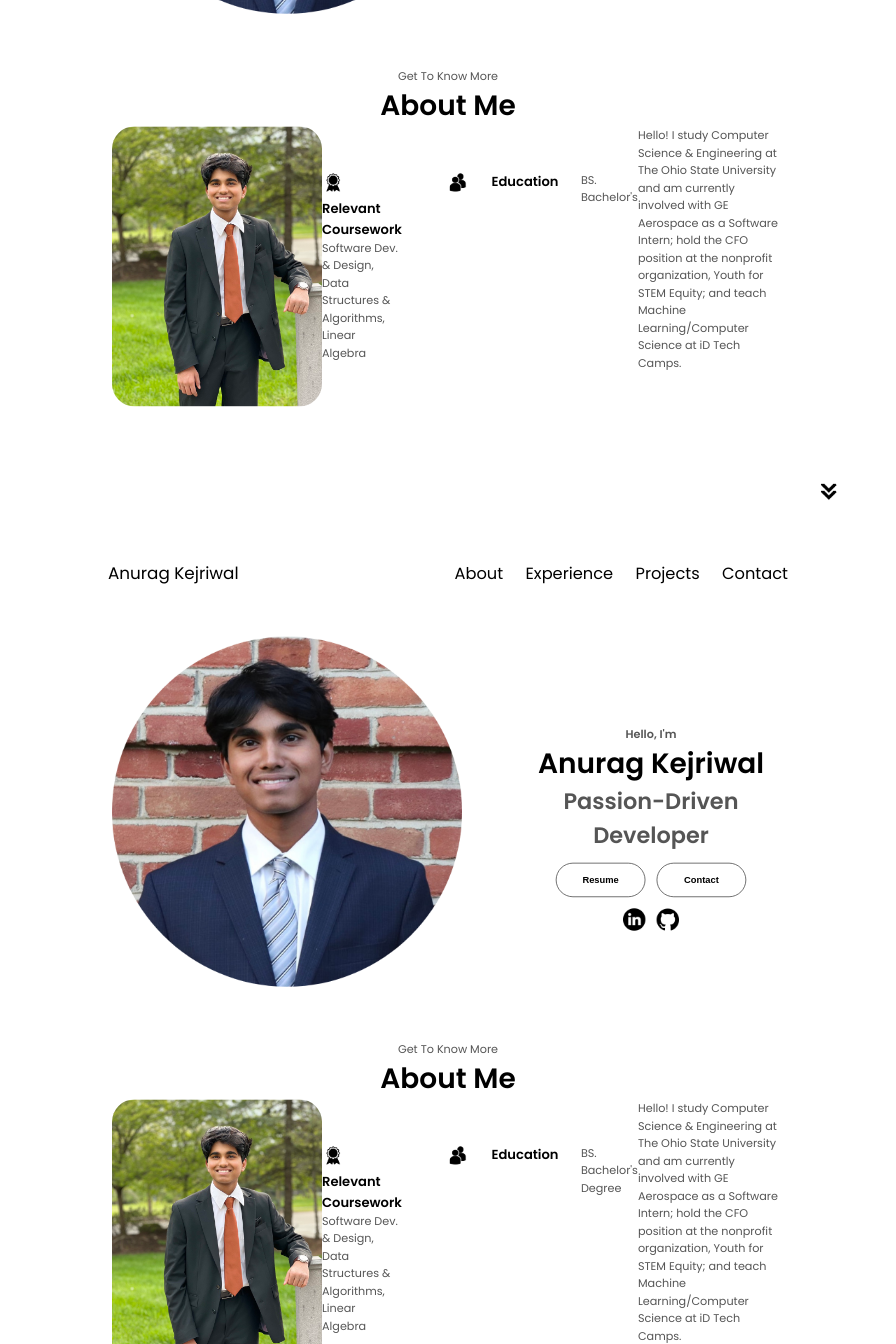
Repository: anuragkej/OldPortfolio
Page: index.html
These files come from the project's save history. The page is drawn as it stood at one moment and after the next save; the edit follows.
The browser window is 1280 px wide. The pictures show the part of the page from y = 632 to 2552 px (the page is 2779 px tall before and 1390 px after), at 70% of full size.

Above is the page before, as saved 2024-05-26 04:57:42.

After the next save:
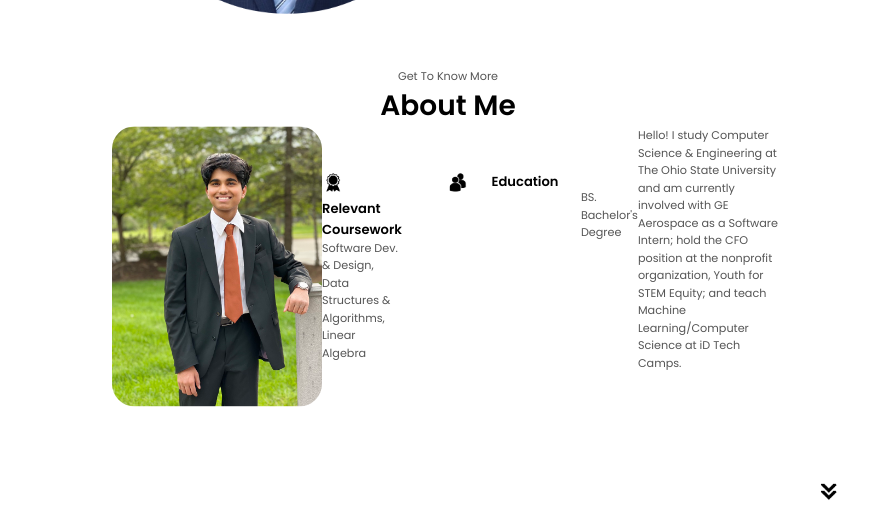
Saved 14 s later.
--- a/index.html
+++ b/index.html
@@ -74,7 +74,7 @@
                 <div class="details-container"></div>
                 <img src="./assets/education.png" alt="Education icon" class="icon"/>
                     <h3>Education</h3>
-                    <p>BS. Bachelor's </p>
+                    <p><br>BS. Bachelor's Degree</p>
             </div>
         </div>
         <div class="text-container">
@@ -91,96 +91,3 @@
 
 </body>
 </html>
-<!DOCTYPE html>
-<html lang="en">
-<head>
-    <meta charset="UTF-8">
-    <meta name="viewport" content="width=device-width, initial-scale=1.0">
-    <title>Personal Portfolio</title>
-    <link rel="stylesheet" href="style.css">
-    <link rel="stylesheet" href="mediaqueries.css">
-</head>
-<body>
-    <nav id="desktop-nav">
-        <div class="logo">Anurag Kejriwal</div>
-        <div>
-            <ul class="nav-links">
-                <li><a href="#about">About</a></li>
-                <li><a href="#experience">Experience</a></li>
-                <li><a href="#projects">Projects</a></li>
-                <li><a href="#contact">Contact</a></li>
-            </ul>
-        </div>
-    </nav>
-    <nav id="hamburger-nav">
-        <div class="logo">Anurag Kejriwal</div>
-        <div class="hamburger-menu">
-            <div class="hamburger-icon" onclick="toggleMenu()">
-                <span></span>
-                <span></span>
-                <span></span>
-            </div>
-            <div class="menu-links">
-                <li><a href="#about" onclick="toggleMenu()" >About</a></li>
-                <li><a href="#experience" onclick="toggleMenu()">Experience</a></li>
-                <li><a href="#projects" onclick="toggleMenu()">Projects</a></li>
-                <li><a href="#contact" onclick="toggleMenu()">Contact</a></li>
-            </div>
-        </div>
-    </nav>
-    <section id="profile">
-        <div class="section_pic-container">
-            <img src="./assets/anuragprofpic.png" alt="Anurag Kejriwal profile picture">
-        </div>
-        <div class="section__text">
-            <p class="section__text__p1">Hello, I'm</p>
-            <h1 class="title">Anurag Kejriwal</h1>
-            <p class="section__text__p2">Passion-Driven Developer</p>
-            <div class="btn-container">
-                <button class="btn btn-color-2"
-                onclick="window.open('./assets/AnuragKejriwalResume_2026.pdf')">Resume</button>
-                <button class="btn btn-color-1"
-                onclick="location.href='./#contact'">Contact</button>
-            </div>
-            <div id="socials-container">
-                <img src="./assets/linkedin.png" alt="My LinkedIn Profile"
-                class ="icon" onclick="location.href='https://linkedin.com/in/anuragkejriwal1/'">
-                <img src="./assets/github.png" alt="My Github Profile"
-                class ="icon" onclick="location.href='https://github.com/anuragkej'">
-            </div>
-        </div>
-    </section>
-    <section id="about">
-        <p class="section__text__p1">Get To Know More</p>
-        <h1 class="title">About Me</h1>
-        <div class="section-container">
-        <div class="section__pic-container">
-            <img src="./assets/E4CC9343-5963-4651-9569-35505B2238C1_1_105_c.jpeg" alt="Profile Picture" class="about-pic"/>
-        </div>
-        <div class="about-details-container">
-            <div class="about-containers">
-                <div class="details-container">
-                    <img src="./assets/experience.png" alt="Experience icon" class="icon"/>
-                    <h3>Relevant Coursework</h3>
-                    <p>Software Dev. & Design, Data Structures & Algorithms, Linear Algebra</p>
-                </div>
-                <div class="details-container"></div>
-                <img src="./assets/education.png" alt="Education icon" class="icon"/>
-                    <h3>Education</h3>
-                    <p>BS. Bachelor's Degree</p>
-            </div>
-        </div>
-        <div class="text-container">
-            <p>Hello! I study Computer Science & Engineering at The Ohio State University and am currently involved with GE Aerospace as a Software Intern; hold the CFO position at the nonprofit organization, Youth for STEM Equity; and teach Machine Learning/Computer Science at iD Tech Camps.</p>
-        </div>
-        </div>
-        <img src="./assets/arrow.png"
-        alt="Arrow Image"
-        class="icon arrow"
-        onclick = "location.href='./#experience'"
-        >
-    </section>
-    <script src="script.js"></script>
-
-</body>
-</html>
